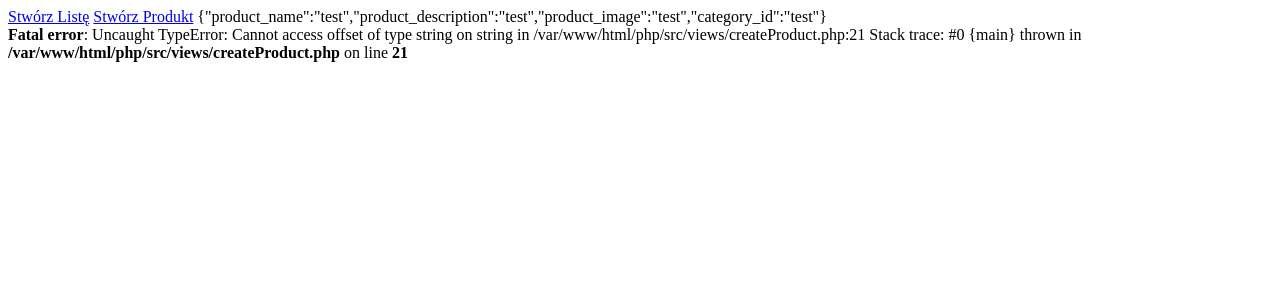
Repository: alphatra/Task-menager
Page: http://localhost/php/src/views/createProduct.php
An editor plug-in stored every save of this project. The page is shown before and after the next save, followed by the edit.
The browser window is 1280 px wide. The pictures show the whole page.
The page is run by PHP 8.4 with error messages shown; the project is at /var/www/html/.

Above is the page before, as saved 2023-02-05 23:13:33.

After the next save:
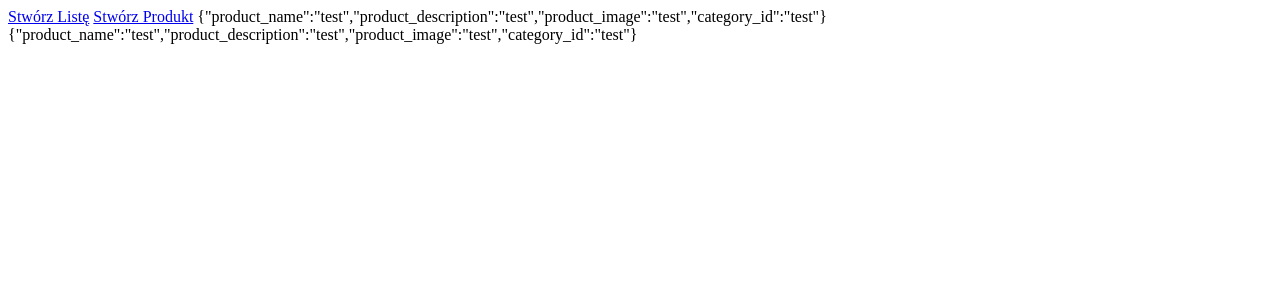
Saved 49 s later.
--- a/php/src/views/createProduct.php
+++ b/php/src/views/createProduct.php
@@ -18,5 +18,5 @@ $db = new db();
 $produkt = new productModel("test", "test", "test", "test");
 $produkt = $produkt->returnObject();
 echo $produkt;
-echo $db->test($produkt['product_name']);
+echo $db->test($produkt);
 ?>
